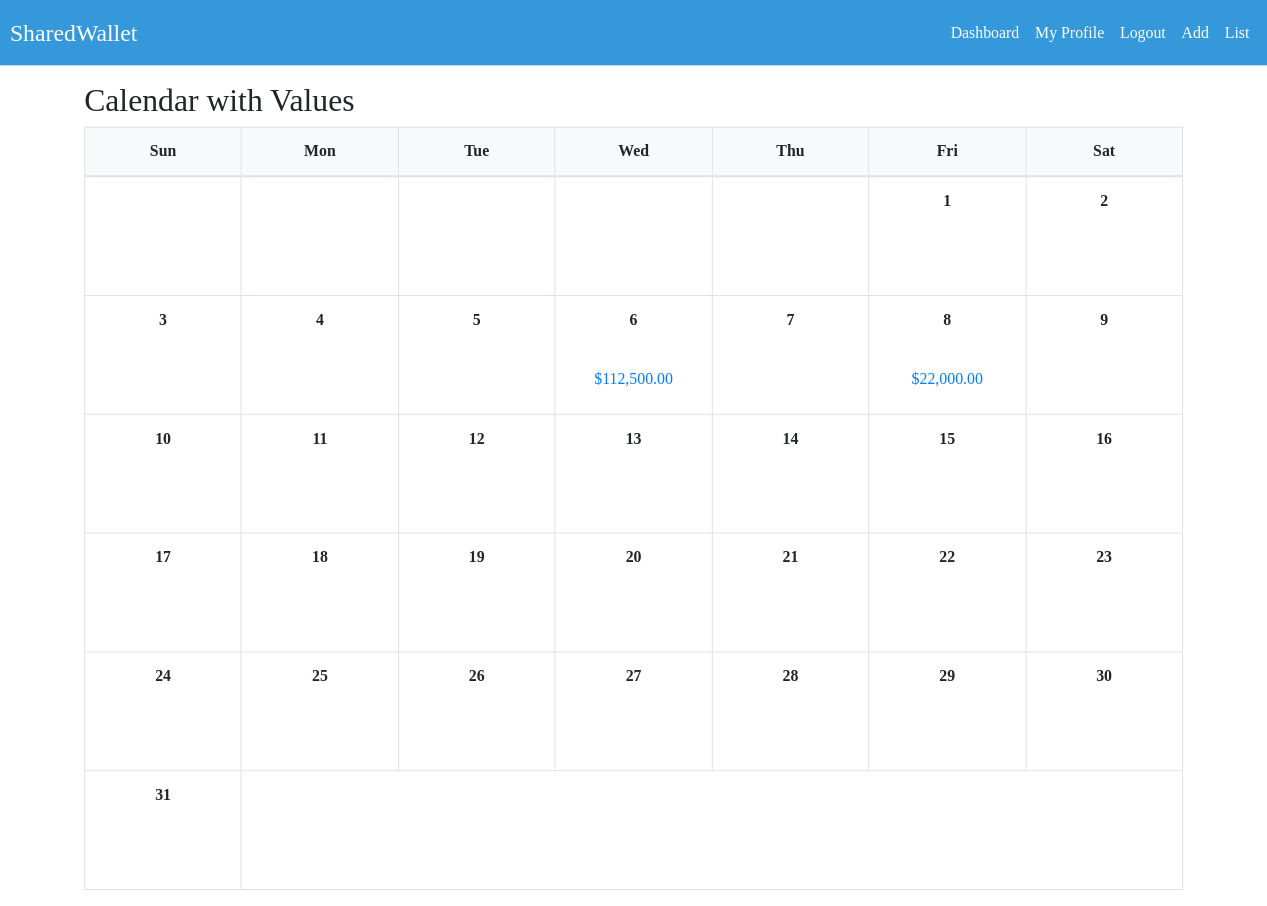
Repository: YoonHakyoung/SharedWallet
Page: http://localhost/Final_Exam/WEB-INF/views/asset/calender.jsp
These files come from the project's save history. The page is drawn as it stood at one moment and after the next save; the edit follows.
The browser window is 1280 px wide. The pictures show the whole page, at 99% of full size.
Some web fonts or font styles are not loaded; a fallback is used. The page is served by Tomcat 9. Nobody is signed in. Other server files are loaded and not shown. The template is opened directly, without the code that normally fills it, so the values that code supplies are empty.

Above is the page before, as saved 2023-12-10 07:27:31.

### Spring/Project/Final Exam/src/main/webapp/WEB-INF/views/asset/calender.jsp
<%@ page language="java" contentType="text/html; charset=UTF-8" pageEncoding="UTF-8"%>
<%@ taglib uri="http://java.sun.com/jsp/jstl/core" prefix="c" %>
<%@ taglib uri="http://java.sun.com/jsp/jstl/functions" prefix="fn" %>
<%@ taglib uri="http://java.sun.com/jsp/jstl/fmt" prefix="fmt" %>
<%@ page import="java.util.*" %>
<%@ page import="java.text.NumberFormat" %>

<!DOCTYPE html>
<html lang="en">
<head>
    <meta charset="UTF-8">
    <meta name="viewport" content="width=device-width, initial-scale=1, shrink-to-fit=no">
    <title>Calendar with Values</title>
    <!-- 부트스트랩 CSS -->
    <link rel="stylesheet" href="https://stackpath.bootstrapcdn.com/bootstrap/4.3.1/css/bootstrap.min.css">
    <style>
        @font-face {
            font-family: 'SUITE-Regular';
            src: url('https://cdn.jsdelivr.net/gh/projectnoonnu/noonfonts_2304-2@1.0/SUITE-Regular.woff2') format('woff2');
            font-weight: 700;
            font-style: normal;
        }
        body{
        	font-family: 'SUITE-Regular';
        }

        table {
            border-collapse: collapse;
            width: 100%;
            margin-bottom: 20px; /* 테이블 아래 여백 추가 */
        }

        th, td {
            border: 1px solid #dddddd;
            padding: 8px;
            text-align: center;
            vertical-align: top;
            width: 14.2857%; /* 날짜 칸에 동일한 가로 길이 부여 */
        }

        th {
            height: 30px;
            background-color: #f8f9fa;
        }

        td {
            height: 120px;
        }

        .date {
            font-weight: bold;
            margin-bottom: 0px;
        }

        .value {
            color: #007bff;
            bottom: 20px;
            left: 50%;
            transform: translateY(150%);
        }
    </style>
</head>
<body>
<%@ include file="/WEB-INF/views/include/nav.jsp"%>
<%
    // 주어진 Map 데이터
    Map<String, Integer> dataMap = new HashMap<>();
    dataMap.put("2023-12-06", 112500);
    dataMap.put("2023-12-08", 22000);

    // Java 코드를 사용하여 현재 년월을 가져오기
    java.util.Calendar cal = java.util.Calendar.getInstance();
    int year = cal.get(java.util.Calendar.YEAR);
    int month = cal.get(java.util.Calendar.MONTH) + 1; // 월은 0부터 시작하므로 1을 더함

    // 현재 월의 첫째 날의 요일과 마지막 날짜를 계산
    cal.set(year, month - 1, 1);
    int firstDayOfWeek = cal.get(java.util.Calendar.DAY_OF_WEEK);
    int lastDay = cal.getActualMaximum(java.util.Calendar.DAY_OF_MONTH);

    // 요일 배열
    String[] weekDays = {"Sun", "Mon", "Tue", "Wed", "Thu", "Fri", "Sat"};
%>

<div class="container">
    <h2 class="mt-3">Calendar with Values</h2>

    <table class="table table-bordered">
        <thead>
            <tr>
                <%-- 동적으로 요일 생성 --%>
                <% for (String day : weekDays) { %>
                    <th scope="col" class="text-center"><%= day %></th>
                <% } %>
            </tr>
        </thead>
        <tbody>
            <tr>
                <%-- 날짜 요일 표시 행 --%>
                <% for (int i = 1; i < firstDayOfWeek; i++) { %>
                    <td></td>
                <% } %>
                <%-- 달력 날짜 표시 --%>
                <% for (int day = 1; day <= lastDay; day++) { %>
                    <td>
                        <div class="date">
                            <%= day %>
                        </div>
                        <div class="value">
                            <%
                                String dateString = String.format("%04d-%02d-%02d", year, month, day);
                                Integer value = dataMap.get(dateString);
                                if (value != null) {
                                    int amount = (Integer) value;
                                    NumberFormat currencyFormat = NumberFormat.getCurrencyInstance();
                                    String formattedAmount = currencyFormat.format(amount);
                            %>
                                <%= formattedAmount %>
                            <%
                                }
                            %>
                        </div>
                    </td>
                    <%-- 토요일이면 다음 줄로 이동 --%>
                    <% if ((firstDayOfWeek - 1 + day) % 7 == 0) { %>
                        </tr><tr>
                    <% } %>
                <% } %>
            </tr>
        </tbody>
    </table>
</div>

<!-- 부트스트랩 JavaScript 및 종속성 -->
<script src="https://code.jquery.com/jquery-3.3.1.slim.min.js"></script>
<script src="https://cdnjs.cloudflare.com/ajax/libs/popper.js/1.14.7/umd/popper.min.js"></script>
<script src="https://stackpath.bootstrapcdn.com/bootstrap/4.3.1/js/bootstrap.min.js"></script>

</body>
</html>

### Spring/Project/Final Exam/src/main/webapp/WEB-INF/views/include/nav.jsp
<style>
    /* 네비게이션 바의 선택된 항목에 대한 스타일 */
    .navbar-nav .nav-item.active,
    .navbar-nav .nav-item:hover {
        background-color: #22628D; /* 선택된 항목 또는 마우스를 올렸을 때 배경색을 변경합니다. */
        color: #ffffff; /* 선택된 항목 또는 마우스를 올렸을 때 텍스트 색상을 변경합니다. */
    }
</style>

<nav class="navbar navbar-expand-lg navbar-light" style="background-color: #3498db; color: #ffffff; padding:10px;">
    <a class="navbar-brand" style="color: #ffffff; font-size: 24px;" href="<c:url value='/asset/dashboard'/>">SharedWallet</a>
    <button class="navbar-toggler" type="button" data-toggle="collapse" data-target="#navbarNav" aria-controls="navbarNav" aria-expanded="false" aria-label="Toggle navigation">
        <span class="navbar-toggler-icon" style="color:#ffffff;"></span>
    </button>
    <div class="collapse navbar-collapse" id="navbarNav">
        <ul class="navbar-nav ml-auto">
            <li class="nav-item">
                <a class="nav-link" style="color: #ffffff;" href="<c:url value='/asset/dashboard'/>">Dashboard</a>
            </li>
            <li class="nav-item">
                <a class="nav-link" style="color: #ffffff;" href="<c:url value='/member/profile'/>">My Profile</a>
            </li>
            <li class="nav-item">
                <a class="nav-link" style="color: #ffffff;" href="<c:url value='/'/>">Logout</a>
            </li>
            <li class="nav-item">
                <a class="nav-link" style="color: #ffffff;" href="<c:url value='/asset/addAssetForm'/>">Add</a>
            </li>
            <li class="nav-item">
                <a class="nav-link" style="color: #ffffff;" href="<c:url value='/asset/listAssets'/>">List</a>
            </li>

        </ul>
    </div>
</nav>

After the next save:
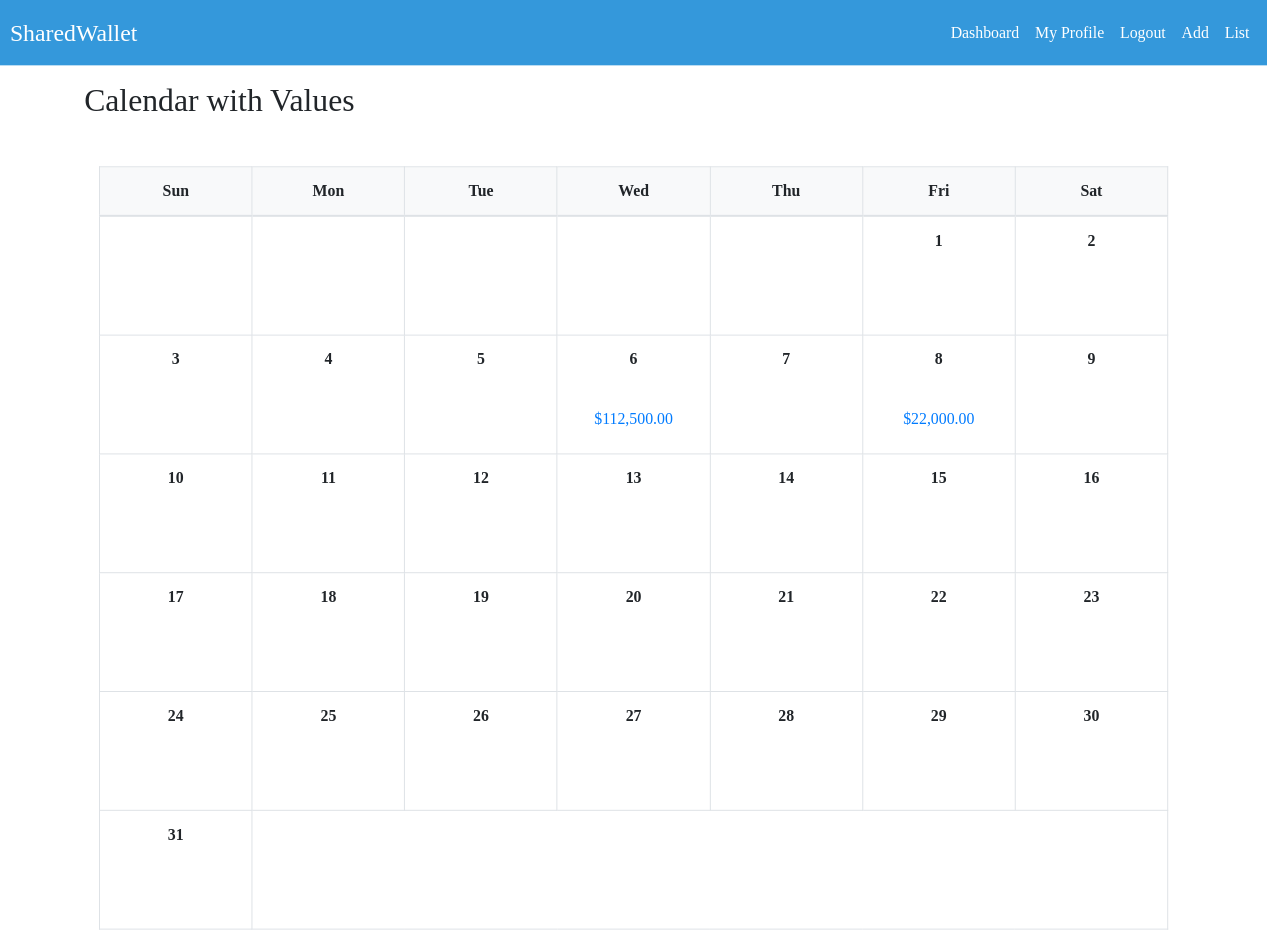
Saved 68 s later.
--- a/Spring/Project/Final Exam/src/main/webapp/WEB-INF/views/asset/calender.jsp
+++ b/Spring/Project/Final Exam/src/main/webapp/WEB-INF/views/asset/calender.jsp
@@ -84,7 +84,7 @@
 
 <div class="container">
     <h2 class="mt-3">Calendar with Values</h2>
-
+	<div class="container mt-5">
     <table class="table table-bordered">
         <thead>
             <tr>
@@ -129,6 +129,7 @@
             </tr>
         </tbody>
     </table>
+    </div>
 </div>
 
 <!-- 부트스트랩 JavaScript 및 종속성 -->
